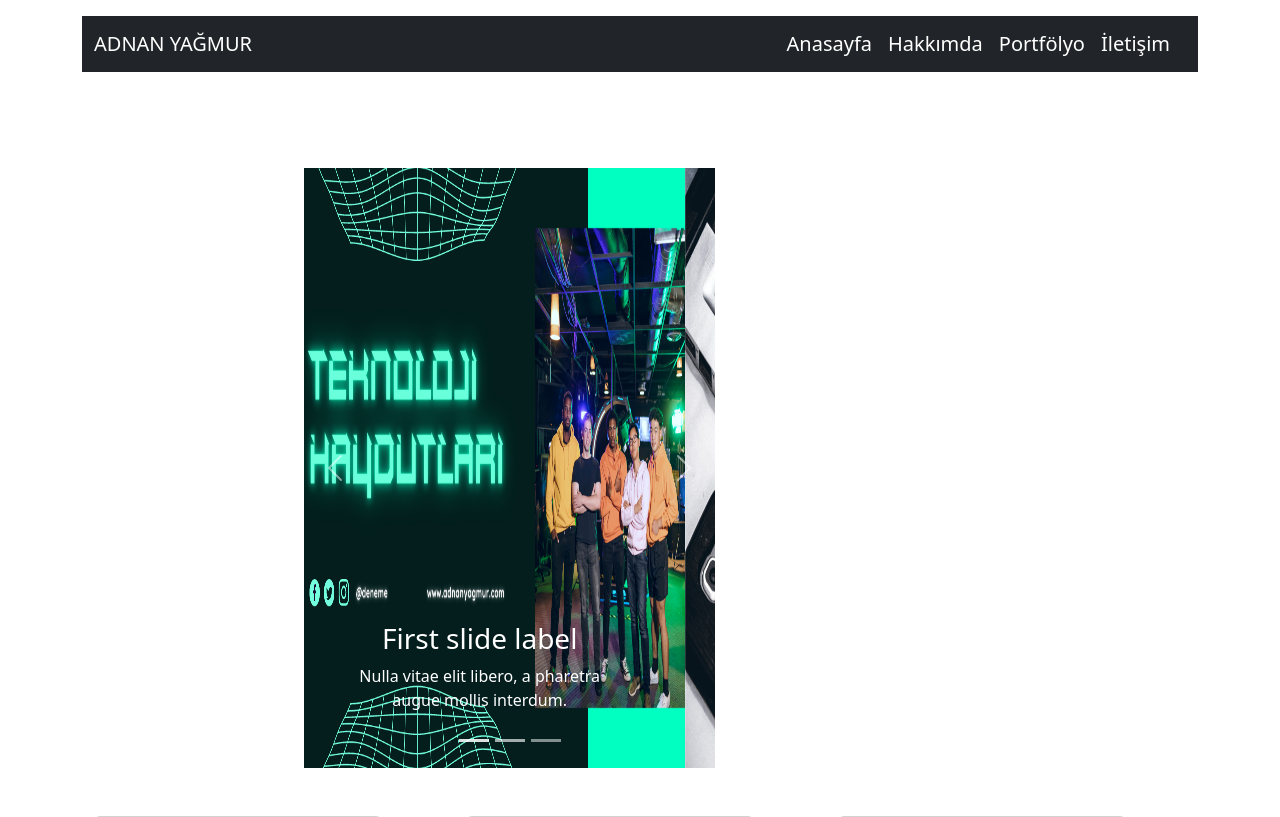
Repository: adnanyagmur/react-bootstrap-example
Page: /
An editor plug-in stored every save of this project. The page is shown before and after the next save, followed by the edit.
The browser window is 1280 px wide. The pictures show the part of the page from y = 0 to 817 px (the page is 1772 px tall).
Pictures or frames that could not be fetched are drawn as grey boxes. The project was rebuilt for these pictures with package versions that can differ from the ones it lists, and the page was loaded fresh each time.

Above is the page before, as saved 2022-06-29 11:27:11.

After the next save:
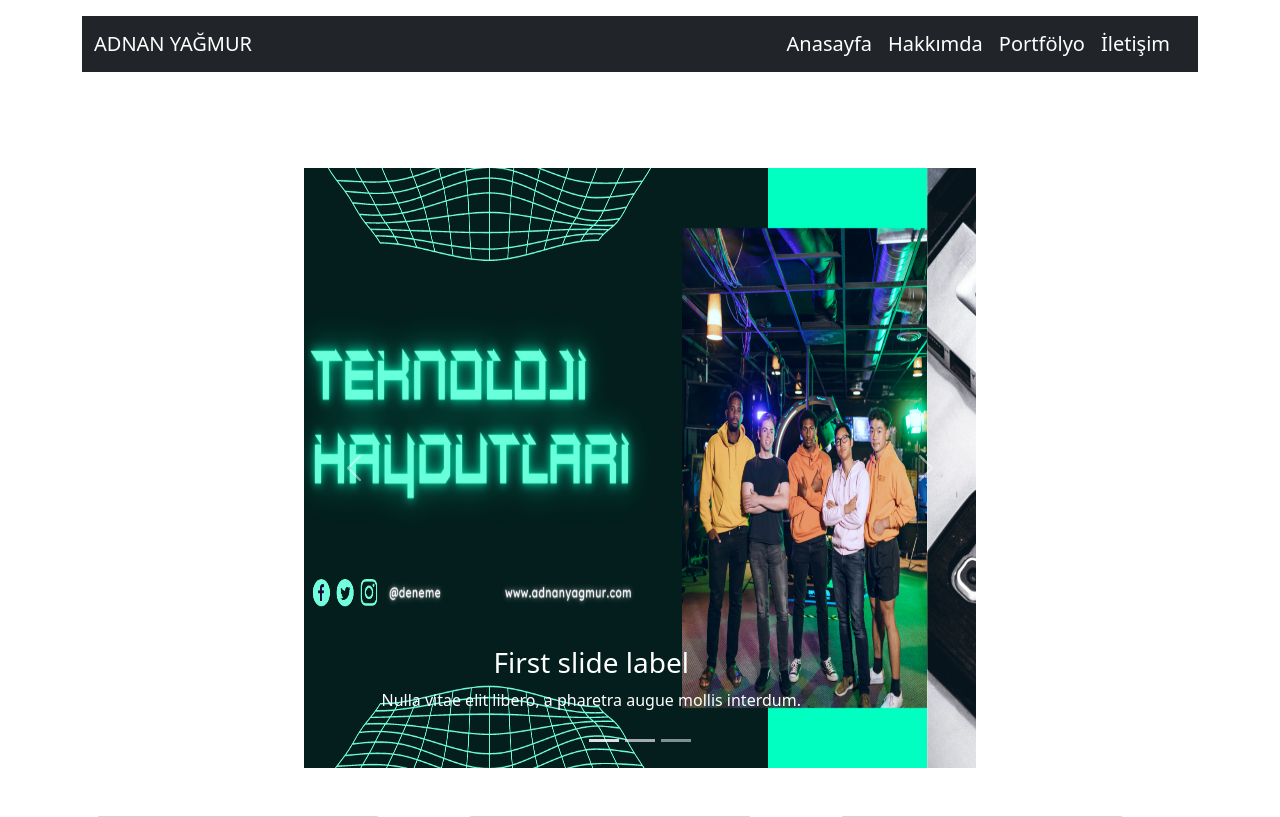
Saved 13 s later.
--- a/src/appComponents/Slider.jsx
+++ b/src/appComponents/Slider.jsx
@@ -50,7 +50,7 @@ const Slider = () => {
           </Carousel.Item>
         </Carousel>
       </Col>
-      <Col>
+      <Col sm={2}>
       </Col>
     </Row>
   </Container>
